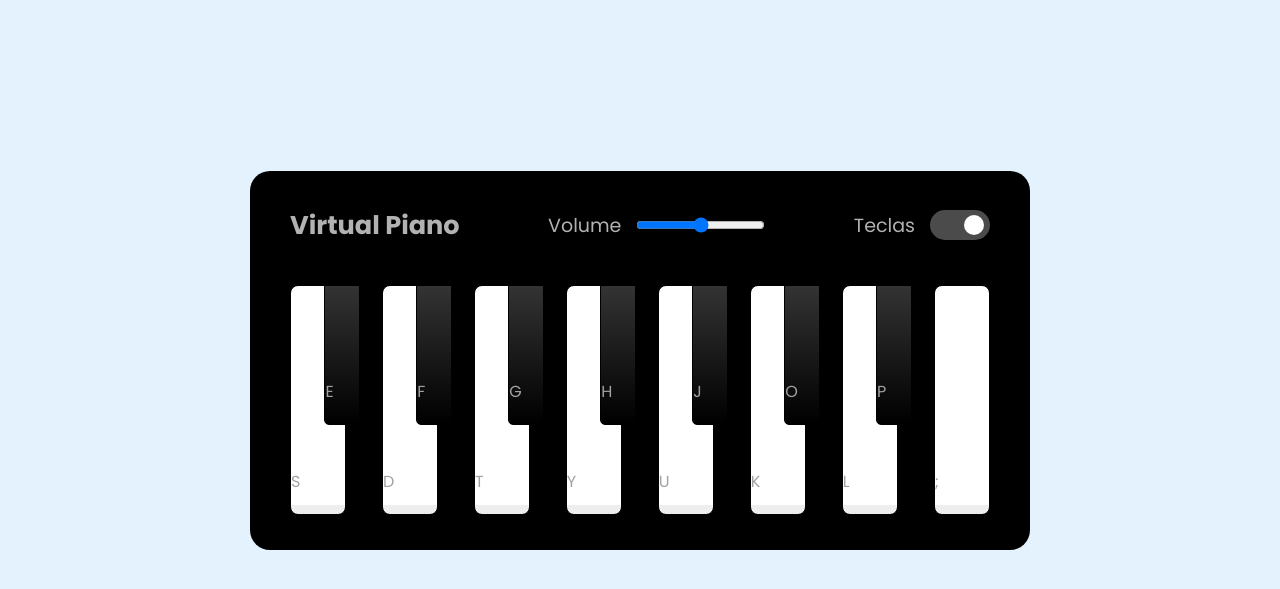
Repository: gustavotwist/simulador-piano
Page: index.html
These files come from the project's save history. The page is drawn as it stood at one moment and after a run of saves; the edit follows.
The browser window is 1280 px wide. The pictures show the whole page.

Above is the page before, as saved 2024-11-30 18:02:13.

### index.html
<!DOCTYPE html>
<html lang="pt-br">
<head>
    <meta charset="UTF-8">
    <meta name="viewport" content="width=device-width, initial-scale=1.0">
    <title>Piano Simulator</title>

    <!-- styles -->
    <link rel="stylesheet" href="./src/styles/reset.css">
    <link rel="stylesheet" href="./src/styles/main.css">

    <!-- fonts -->
    <link rel="preconnect" href="https://fonts.googleapis.com">
    <link rel="preconnect" href="https://fonts.gstatic.com" crossorigin>
    <link href="https://fonts.googleapis.com/css2?family=Poppins:ital,wght@0,100;0,200;0,400;0,700;1,100;1,200;1,300;1,400&display=swap" rel="stylesheet">
</head>

<body>
    <div class="container">
        <header>
            <h2>Virtual Piano</h2>
            <div class="column volume-slider">
                <span>Volume</span> <input type="range">
            </div>
            <div class="column keys-check">
                <span>Teclas</span> <input type="checkbox" checked>
            </div>
        </header>
        <ul class="piano-keys">
            <li class="key"><span>a</span></li>
            <li class="key"><span>w</span></li>
            <li class="key white"><span>s</span></li>
            <li class="key black"><span>e</span></li>
            <li class="key white"><span>d</span></li>
            <li class="key black"><span>f</span></li>
            <li class="key white"><span>t</span></li>
            <li class="key black"><span>g</span></li>
            <li class="key white"><span>y</span></li>
            <li class="key black"><span>h</span></li>
            <li class="key white"><span>u</span></li>
            <li class="key black"><span>j</span></li>
            <li class="key white"><span>k</span></li>
            <li class="key black"><span>o</span></li>
            <li class="key white"><span>l</span></li>
            <li class="key black"><span>p</span></li>
            <li class="key white"><span>;</span></li>
        </ul>

    </div>

    <script src="./src/scripts/engine.js"></script>
</body>
</html>

### src/styles/reset.css
* {
    margin: 0;
    padding: 0;
    box-sizing: border-box;
    outline: none;
    font-family: "Poppins", sans-serif;
}

### src/styles/main.css
body {
    display: flex;
    align-items: center;
    justify-content: center;
    min-height: 100vh;
    background-color: #e3f2fd;
    color: #fff;
}

.container {
    width: 780px;
    border-radius: 20px;
    padding: 35px 40px;
    background-color: black;
}

.container header {
    color: #b2b2b2;
    display: flex;
    align-items: center;
    justify-content: space-between;
}

header h2 {
    font-size: 1.6rem;
}

header .column {
    display: flex;
    align-items: center;
}

header .column span {
    font-weight: 500;
    margin-right: 15px;
    font-size: 1.19rem;
}

.Volume-slider input {
    accent-color: #fff;
}

.keys-check input {
    width: 60px;
    height: 30px;
    appearance: none;
    border-radius: 30px;
    background-color: #4b4b4b;
    cursor: pointer;
    position: relative;
}

.keys-check input::before {
    content: "";
    height: 20px;
    width: 20px;
    background-color: #8c8c8c;
    top: 50%;
    left: 0.3rem;
    border-radius: inherit;
    position: absolute;
    transform: translateY(-50%);
    transition: all 0.3s ease;
}

.keys-check input:checked::before {
    left: 2.1rem;
    background-color:#fff;
}

.piano-keys {
    display: flex;
    margin-top: 40px;
}

.piano-keys .key {
    cursor: pointer;
    user-select: none;
    list-style: none;
    color: #a2a2a2;
    position: relative;
    text-transform: uppercase;
}

.piano-keys .white {
    width: 70px;
    height: 230px;
    border: 1px solid black;
    border-radius: 8px;
    background: linear-gradient(#fff 96%, #eee 4%);
}

.piano-keys .black {
    width: 44px;
    height: 140px;
    z-index: 2;
    margin: 0 22px 0 -22px;
    border: 1px solid black;
    border-radius: 0 0 5px 5px;
    background: linear-gradient(#333, #000);
}

.piano-keys span {
    position: absolute;
    bottom: 20px;
    width: 100%;
    tex
}

Loaded but not shown: src/scripts/engine.js (no copy from this time; the picture is the same without it)

After the next 11 saves:
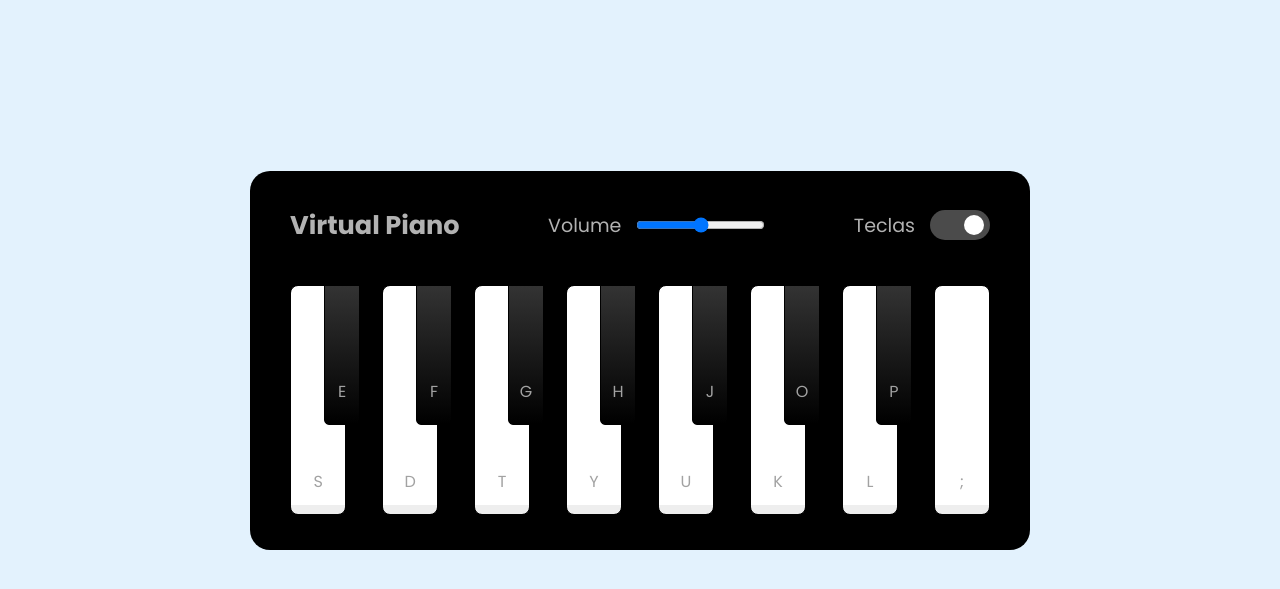
The 11 saves are shown as one change because they came seconds apart.
The last was saved 27 s later.
--- a/src/styles/main.css
+++ b/src/styles/main.css
@@ -104,5 +104,6 @@ header .column span {
     position: absolute;
     bottom: 20px;
     width: 100%;
-    tex
+    text-align: center;
+    font-size: ;
 }
